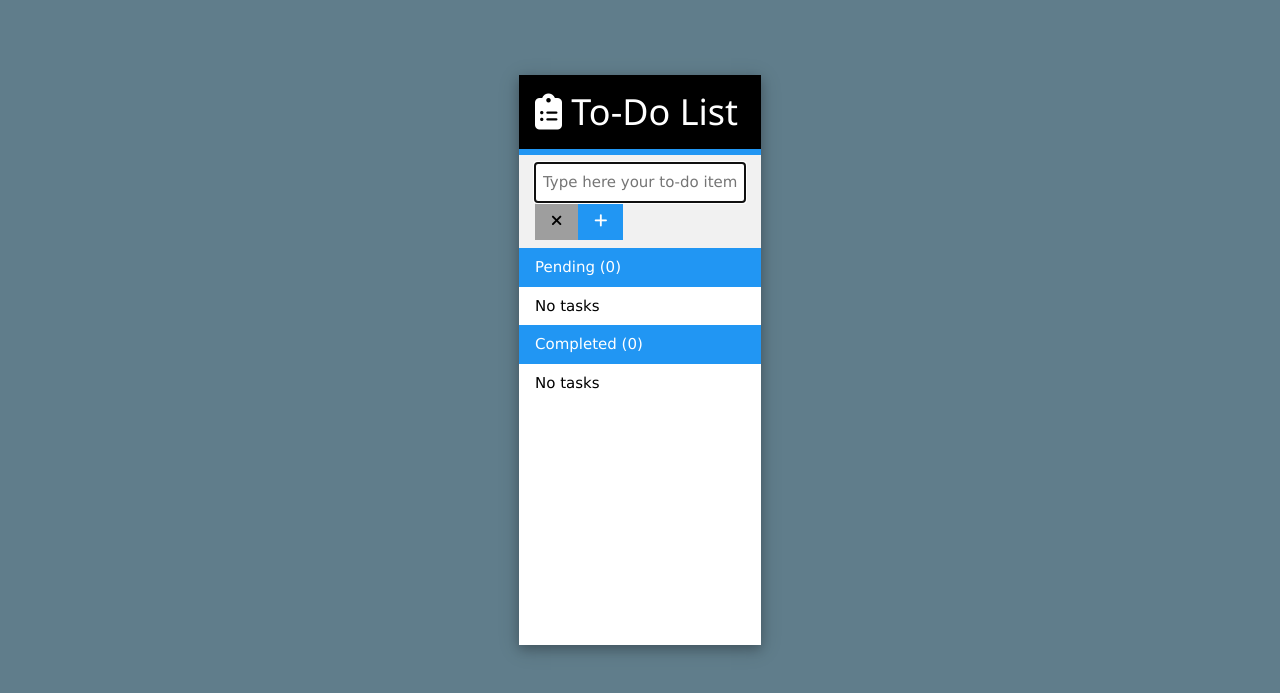
Repository: bclover/vue3-design-patterns-book
Page: /
The author's editor kept a copy of each file at every save. The page is drawn from the files as they stood at one save, then again after the next save.
The browser window is 1280 px wide. The pictures show the whole page.
The project was rebuilt for these pictures with package versions that can differ from the ones it lists, and the page was loaded fresh each time. Also part of the build but not shown: vite.config.ts.

Above is the page before, as saved 2023-06-19 21:04:32.

### index.html
<!DOCTYPE html>
<html lang="en">
    <head>
        <meta charset="UTF-8" />
        <link rel="icon" type="image/svg+xml" href="/vite.svg" />
        <link rel="stylesheet" href="/css/w3.css" />
        <link rel="stylesheet" href="/css/fontawesome.min.css" />
        <link rel="stylesheet" href="/css/solid.min.css" />
        <link rel="stylesheet" href="/css/brands.min.css" />
        <meta name="viewport" content="width=device-width, initial-scale=1.0" />
        <title>To Do</title>
    </head>
    <body>
        <div id="app"></div>
        <script type="module" src="/src/main.ts"></script>
    </body>
</html>

### src/App.vue
<script lang="ts" setup>
import ToDos from './components/ToDos.vue';
</script>

<template>
  <div class="app w3-blue-gray">
    <ToDos></ToDos>
  </div>
</template>

<style scoped>
.app {
  display: flex;
  justify-content: center;
  width: 100vw;
  min-height: 100vh;
  padding: 5rem;
}
</style>

### src/components/ToDos.vue
<script lang="ts" setup>
import { computed, ComputedRef, Ref, ref, WritableComputedRef } from 'vue';

interface ToDo {
  id: number;
  text: Ref<string>;
  checked: boolean;
}

const _todo_value = ref('');
const _todo_text: WritableComputedRef<Ref<string>> = computed({
  get: () => _todo_text.value,
  set: (newValue: Ref<string>) => {
    _todo_value.value = newValue.value;
  },
});
const _todo_list: ComputedRef<Array<ToDo>> = computed(() => []);
const _pending = computed(() => {
  return _todo_list.value.filter((todo) => !todo.checked);
});
const _done = computed(() => {
  return _todo_list.value.filter((todo) => todo.checked);
});
function clearToDo(): void {
  _todo_text.value = _todo_value;
}
function addToDo() {
  console.log('addToDo =>');
  const date = new Date();
  const todo: ToDo = {
    id: date.valueOf(),
    text: _todo_text.value,
    checked: false,
  };
  console.log('todo =>', todo);
  console.log('_todo_list.value =>', _todo_list.value);
  _todo_list.value.push(todo);
  console.log('_todo_list.value AFTER =>', _todo_list.value);
  clearToDo();
}
</script>

<template>
  <div class="todo-container w3-white w3-card-4">
    <!-- Header -->
    <div class="w3-container w3-black w3-margin-0 w3-bottombar w3-border-blue">
      <h1>
        <i class="fa-solid fa-clipboard-list"></i>
        To-Do List
      </h1>
    </div>

    <!-- Remove & Add Buttons -->
    <div class="w3-container flex-container w3-light-gray w3-padding">
      <input
        class="w3-input w3-border-0"
        type="text"
        autofocus
        v-model="_todo_text"
        @keyup.enter="addToDo()"
        placeholder="Type here your to-do item..."
      />
      <button class="w3-button w3-gray" @click="clearToDo()">
        <i class="fa-solid fa-times"></i>
      </button>
      <button class="w3-button w3-blue" @click="addToDo()">
        <i class="fa-solid fa-plus"></i>
      </button>
    </div>

    <!-- Pending Todos Heading -->
    <div class="w3-padding w3-blue">Pending ({{ _pending.length }})</div>

    <!-- List of Pending Todos -->
    <div class="w3-padding" v-for="todo in _todo_list" :key="todo.id">
      <label>
        <input type="checkbox" v-model="todo.checked" />
        <span class="w3-margin-left">{{ todo.text }}</span>
      </label>
    </div>

    <!-- No Pending Tasks -->
    <div class="w3-padding" v-show="_pending.length == 0">No tasks</div>

    <!-- Completed Todos Heading -->
    <div class="w3-padding w3-blue">Completed ({{ _done.length }})</div>

    <!-- List of Completed Todos -->
    <div class="w3-padding" v-for="todo in _todo_value" :key="todo.id">
      <label>
        <input type="checkbox" v-model="todo.checked" />
        <span class="w3-margin-left">{{ todo.text }}</span>
      </label>
    </div>

    <!-- No Completed Todos -->
    <div class="w3-padding" v-show="_done.length == 0">No tasks</div>
  </div>
</template>

Loaded but not shown: src/main.ts (common file); public/css/w3.css (library); public/css/fontawesome.min.css (library); public/css/solid.min.css (common file); public/css/brands.min.css (library)

After the next save:
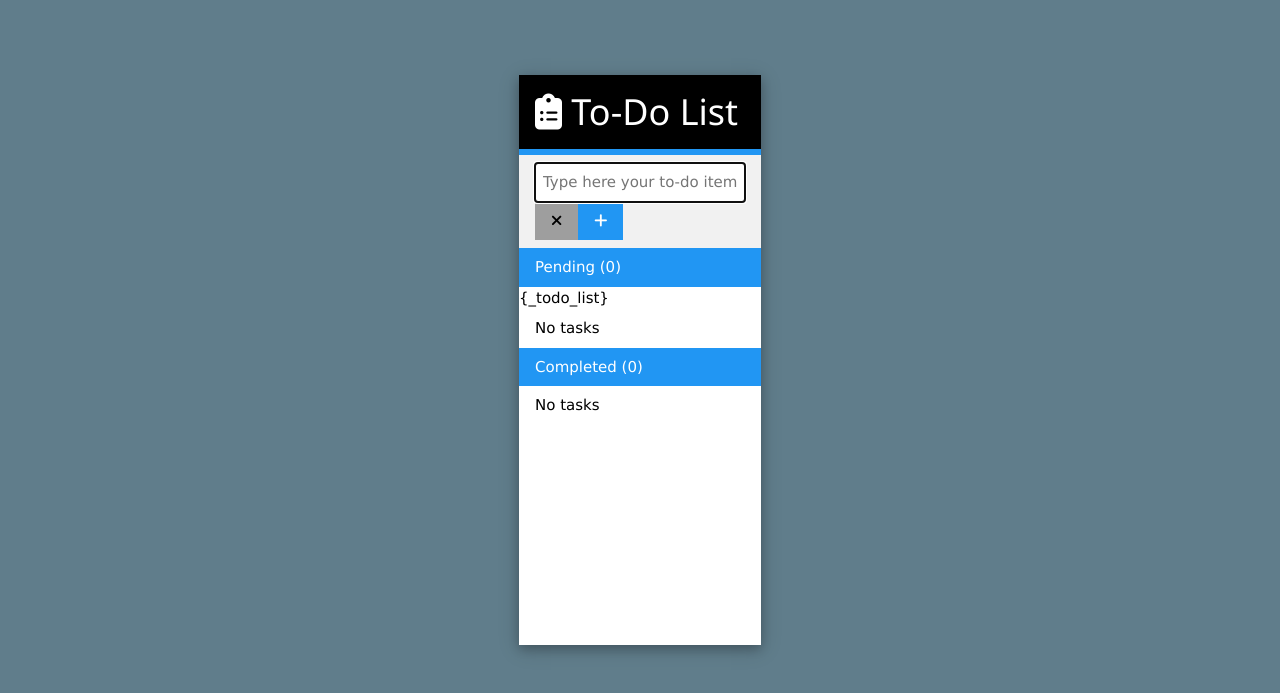
Saved 41 s later.
--- a/src/components/ToDos.vue
+++ b/src/components/ToDos.vue
@@ -70,7 +70,7 @@
 
     <!-- Pending Todos Heading -->
     <div class="w3-padding w3-blue">Pending ({{ _pending.length }})</div>
-
+    {_todo_list}
     <!-- List of Pending Todos -->
     <div class="w3-padding" v-for="todo in _todo_list" :key="todo.id">
       <label>
